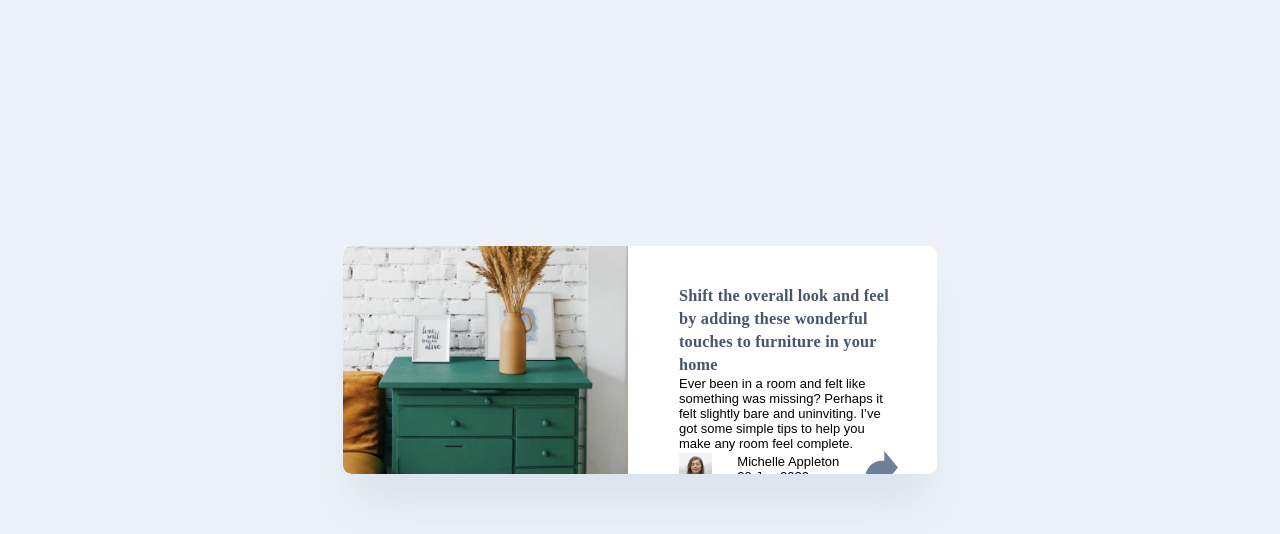
Repository: brandontaylor1/article-preview-component
Page: index.html
An editor plug-in stored every save of this project. The page is shown before and after the next save, followed by the edit.
The browser window is 1280 px wide. The pictures show the whole page.

Above is the page before, as saved 2025-01-13 21:49:53.

### index.html
<!DOCTYPE html>
<html lang="en">
<head>
    <meta charset="UTF-8">
    <meta name="viewport" content="width=device-width, initial-scale=1.0">
    <link rel="stylesheet" href="styles.css">
    <title>Article Preview Component</title>
</head>
<body>

    <div class="container">
        <main class="component">
            <div class="img-container">
                <img src="./assets/images/drawers.jpg" alt="Image of Drawers">
            </div>
            <div class="component-content">
                <h2>Shift the overall look and feel by adding these wonderful touches to furniture in your home</h2>
                <p>Ever been in a room and felt like something was missing? Perhaps it felt slightly bare and uninviting. I’ve got some simple tips to help you make any room feel complete.</p>
                <div class="social-box">
                    <img src="./assets/images/avatar-michelle.jpg" alt="Picture of User Michelle">
                    <div class="social-info">
                        <p>Michelle Appleton</p>
                        <p>28 Jun 2020</p>
                    </div>
                    <div class="share-btn">
                        <img src="./assets/images/icon-share.svg" alt="Share Icon">
                    </div>
                </div>
            </div>
        </main>
    </div>

    <script src="index.js"></script>
</body>
</html>

### styles.css
* {
    margin: 0;
    padding: 0;
    box-sizing: border-box;
}

:root {
    /* COLORS */
    --dark-grayish-blue: hsl(217, 19%, 35%);
    --desaturated-dark-blue: hsl(214, 17%, 51%);
    --grayish-blue: hsl(212, 23%, 69%);
    --light-grayish-blue: hsl(210, 46%, 95%);
}

html {
    font-size: 13px;
}

body {
    font-family: 'Nunito', sans-serif;
    background-color: var(--light-grayish-blue);
}

.container {
    height: 100vh;
    display: flex;
    justify-content: center;
    align-items: center;

}

.component {
    width: 45.625rem;
    height: 17.5rem;
    flex-shrink: 0;
    display: grid;
    grid-template-columns: 1fr 1fr;
    grid-template-rows: 1fr;
    border-radius: 0.625rem;
    background: #FFF;
    box-shadow: 0px 40px 40px -10px rgba(201, 213, 225, 0.50);
    overflow: hidden;
}

.img-container {
    width: 21.87rem;
}

.img-container img {
    width: 100%;
    height: auto;
    border-radius: 0.625rem 0 0 0.625rem;
}

.component-content {
    width: 22.8125rem;
    padding: 3rem;
    flex-grow: 1;
}

.component-content h2 {
    color: #48556A;
    font-family: Manrope;
    font-size: 1.25rem;
    font-style: normal;
    font-weight: 700;
    line-height: 1.75rem; /* 140% */
    letter-spacing: 0.01563rem;
    width: 100%;
}

.social-box {
    display: flex;
    justify-content: space-between;
    align-items: center;
    width: 100%;
}

.social-box img {
    width: 2.5rem;
    height: 2.5rem;
}

Loaded but not shown: index.js (no stored copy; drawn as an empty file)

After the next save:
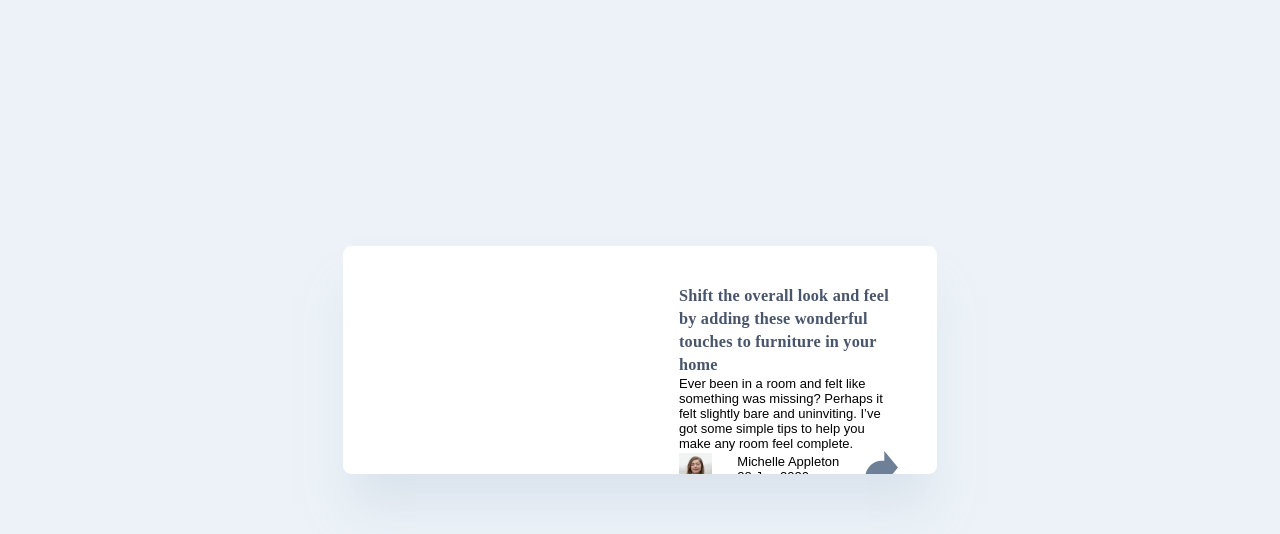
Saved 45 s later.
--- a/index.html
+++ b/index.html
@@ -11,7 +11,6 @@
     <div class="container">
         <main class="component">
             <div class="img-container">
-                <img src="./assets/images/drawers.jpg" alt="Image of Drawers">
             </div>
             <div class="component-content">
                 <h2>Shift the overall look and feel by adding these wonderful touches to furniture in your home</h2>
